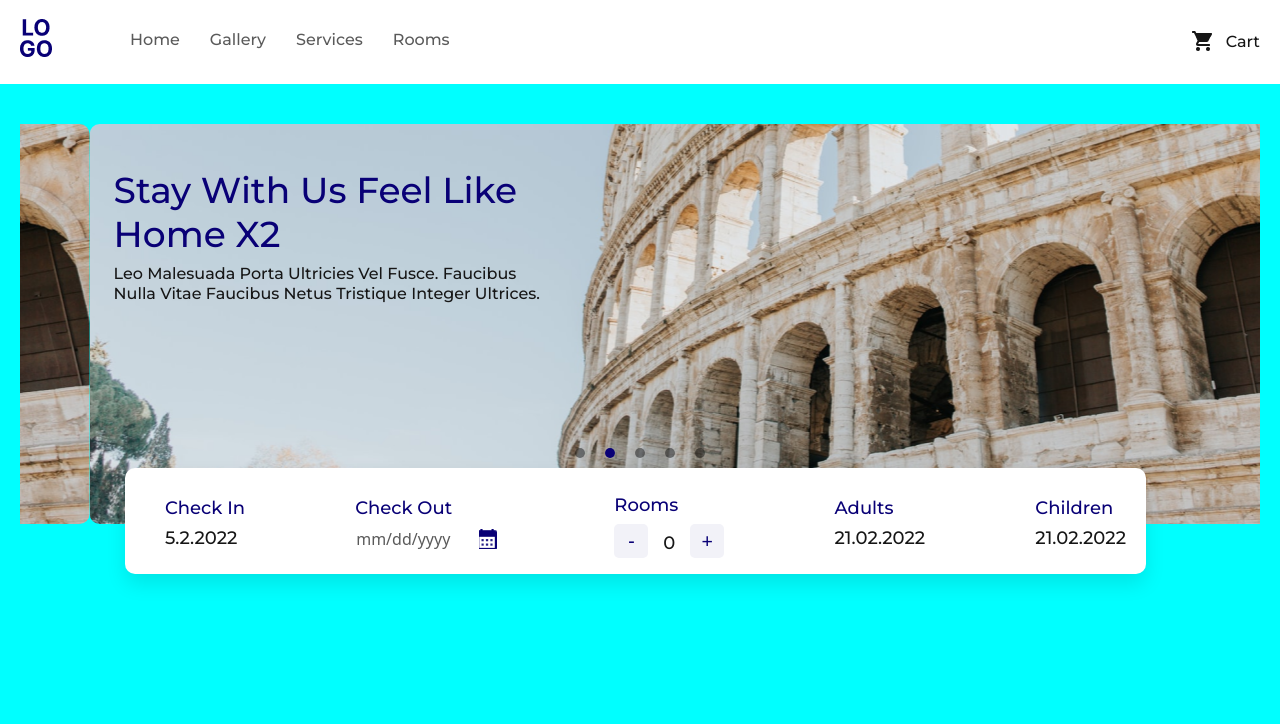
Repository: Mayis01/tasktest
Page: /
These files come from the project's save history. The page is drawn as it stood at one moment and after the next save; the edit follows.
The browser window is 1280 px wide. The pictures show the whole page.
The project was rebuilt for these pictures with package versions that can differ from the ones it lists, and the page was loaded fresh each time. Also part of the build but not shown: src/App.css, src/Pages/Error/Error.jsx, src/Pages/Gallery/Gallery.jsx, src/Pages/Rooms/Rooms.jsx, src/Pages/Services/Services.jsx.

Above is the page before, as saved 2022-03-25 17:45:34.

After the next save:
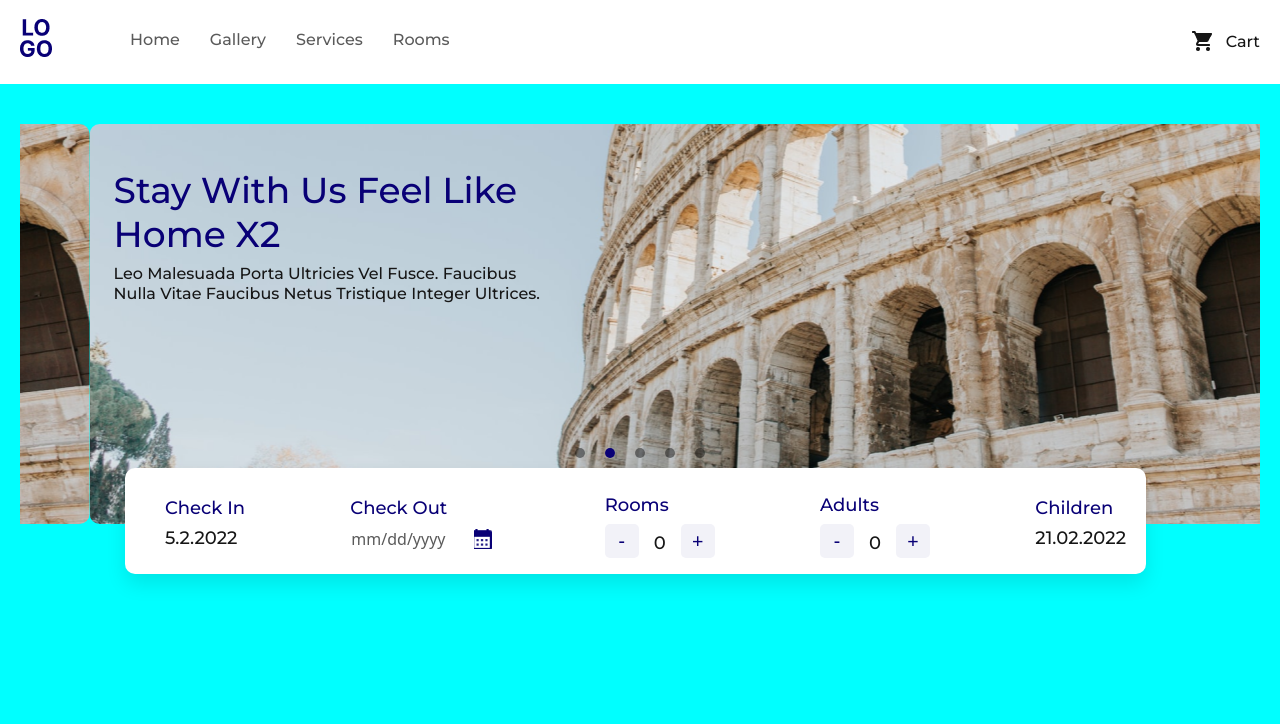
Saved 17 s later.
--- a/src/Pages/Home/Home.jsx
+++ b/src/Pages/Home/Home.jsx
@@ -76,7 +76,15 @@ export default function Home() {
 
             <div>
               <h3> Adults</h3>
-              <p>21.02.2022</p>
+              <div>
+                <button onClick={Minus}  type="button">
+                  -
+                </button>
+                <p>{count}</p>
+                <button onClick={Plus} type="button">
+                  +
+                </button>
+              </div>
             </div>
 
             <div>
